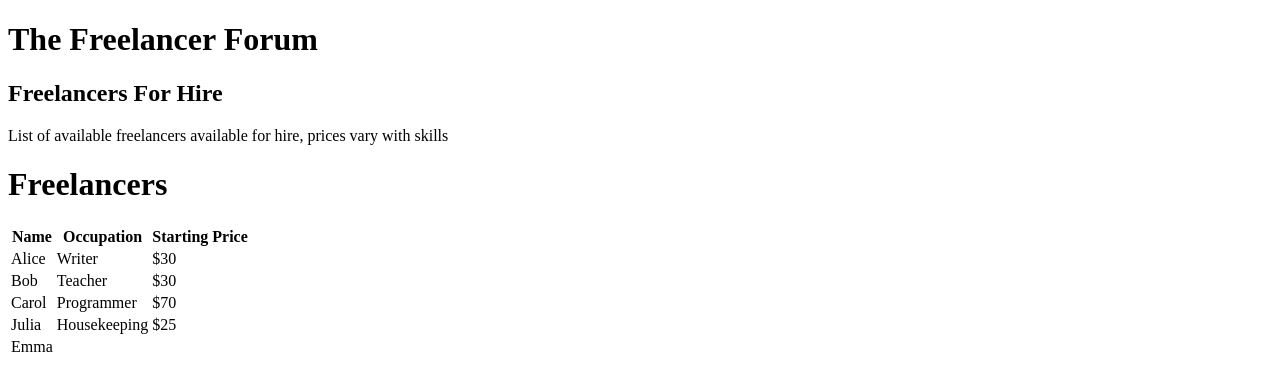
Repository: MelindaN14/Unit2.FreelancerForum
Page: forum/app.html
An editor plug-in stored every save of this project. The page is shown before and after the next save, followed by the edit.
The browser window is 1280 px wide. The pictures show the whole page.

Above is the page before, as saved 2024-04-10 21:32:59.

After the next save:
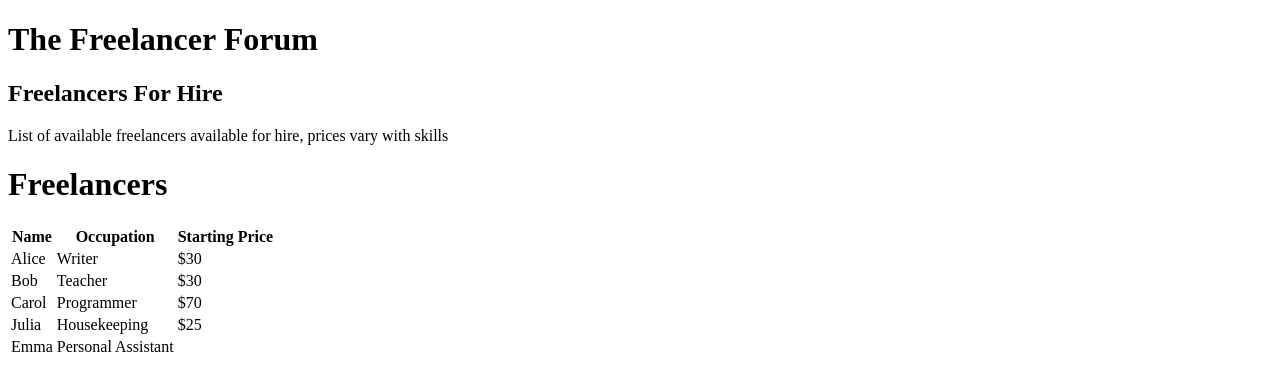
Saved 10 s later.
--- a/forum/app.html
+++ b/forum/app.html
@@ -44,7 +44,7 @@
       </tr>
       <tr>
         <td>Emma</td>
-        <td></td>
+        <td>Personal Assistant</td>
         <td></td>
     </tr>
     </table>
